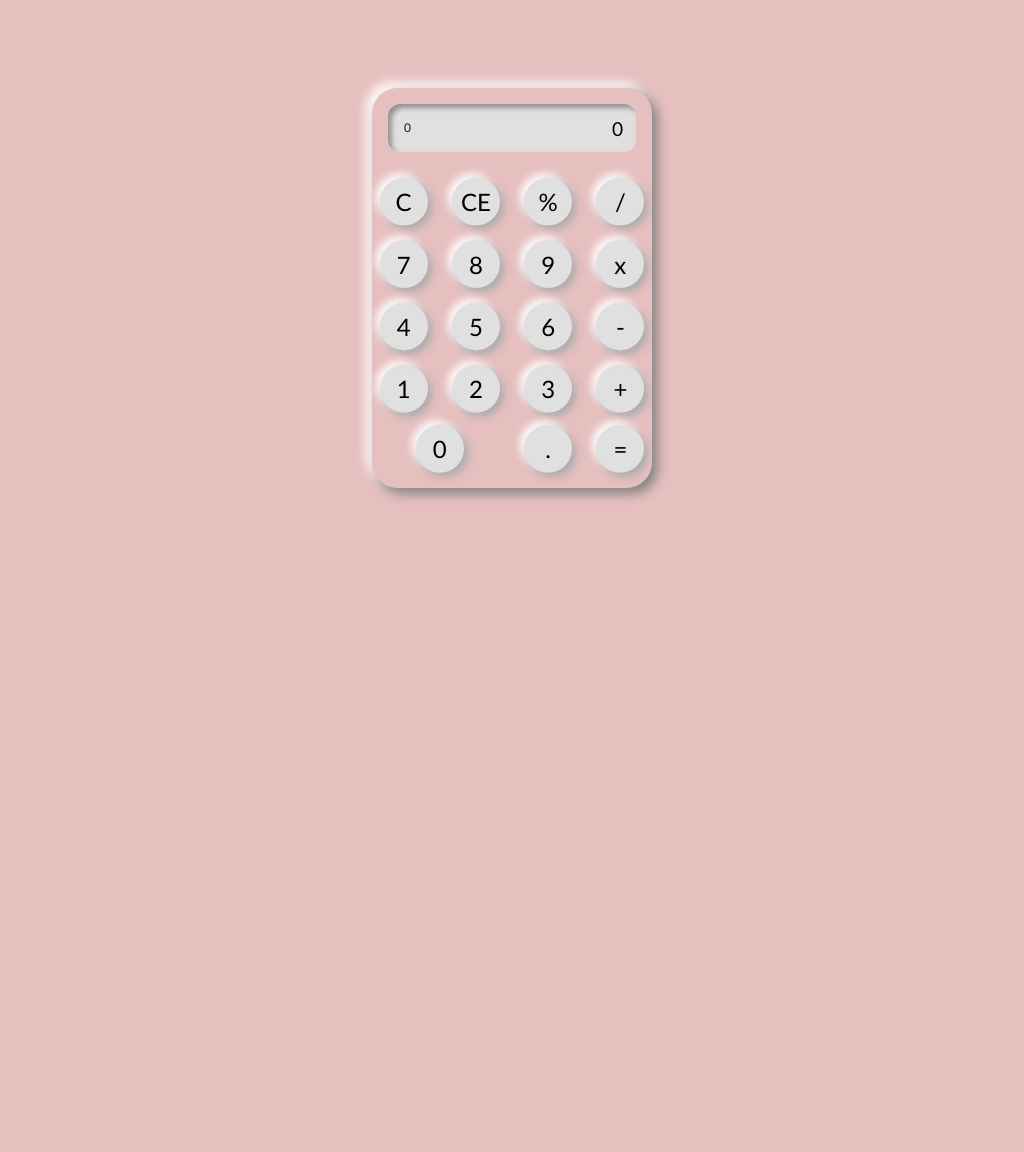
Repository: Goldmyn/Calculator
Page: index.html
The author's editor kept a copy of each file at every save. The page is drawn from the files as they stood at one save, then again after a run of saves.
The browser window is 1280 px wide. The pictures show the whole page, at 80% of full size.

Above is the page before, as saved 2022-09-28 04:29:38.

After the next 2 saves:
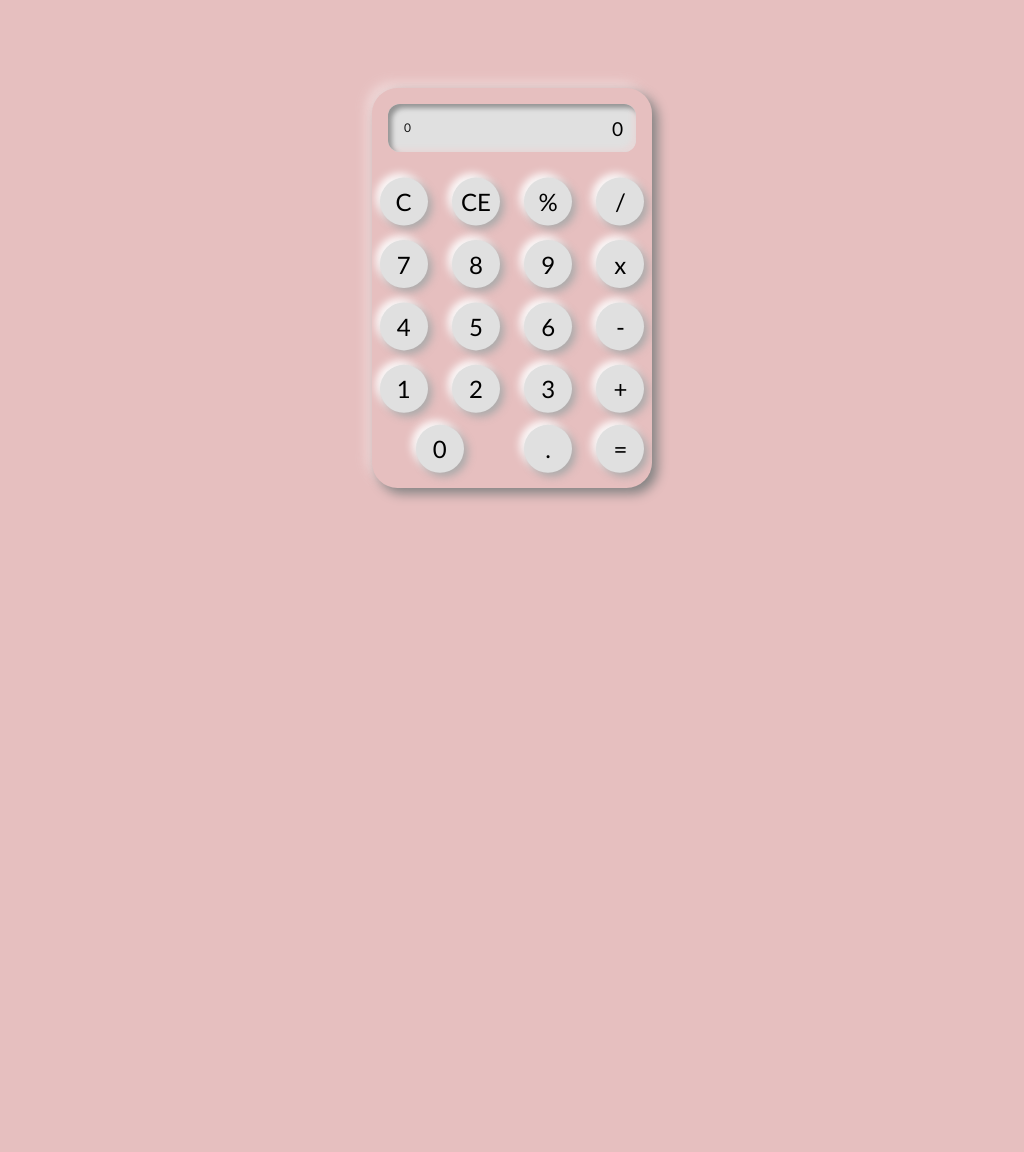
The 2 saves are shown as one change because they came seconds apart.
The last was saved 13 s later.
--- a/index.css
+++ b/index.css
@@ -21,7 +21,7 @@
     max-width: 350px;
     border-radius: 32px;
     background: #e6bfbf;
-    box-shadow: 7px 7px 14px #828282, -7px -7px 14px #ffffff;
+    box-shadow: 7px 7px 14px #828282, -7px -7px 14px #f0d9d9;
     overflow: hidden;
   }
   .display {
